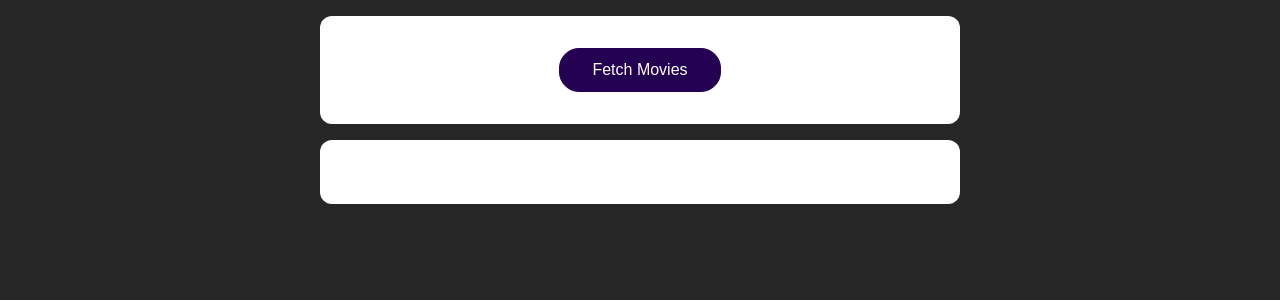
Repository: Dark-Developer93/Http-request
Page: /
The author's editor kept a copy of each file at every save. The page is drawn from the files as they stood at one save, then again after a run of saves.
The browser window is 1280 px wide. The pictures show the whole page.
The project was rebuilt for these pictures with package versions that can differ from the ones it lists, and the page was loaded fresh each time. Also part of the build but not shown: src/components/Movie.module.css, src/components/Movie.js.

Above is the page before, as saved 2023-01-24 19:02:55.

### src/App.js
import React, { useState } from "react";

import MoviesList from "./components/MoviesList";
import "./App.css";

function App() {
  const [movies, setMovies] = useState([]);
  const [isLoadig, setIsLoadig] = useState(false);
  const fetchMoviesHandler = async () => {
    setIsLoadig(true);
    const response = await fetch("https://swapi.dev/api/films/");
    const data = await response.json();
    const transformesMovies = data.results.map((movieData) => {
      return {
        id: movieData.episode_id,
        title: movieData.title,
        openingText: movieData.opening_crawl,
        releaseDate: movieData.release_date,
      };
    });
    setMovies(transformesMovies);
    setIsLoadig(false);
  };
  return (
    <React.Fragment>
      <section>
        <button onClick={fetchMoviesHandler}>Fetch Movies</button>
      </section>
      <section>
        {!isLoadig && <MoviesList movies={movies} />}
        {isLoadig && <p>Loadig...</p>}
      </section>
    </React.Fragment>
  );
}

export default App;

Loaded but not shown: public/index.html (common file); src/index.js (common file); src/index.css (common file); src/components/MoviesList.js (common file); src/App.css (common file); src/components/MoviesList.module.css (common file)

After the next 2 saves:
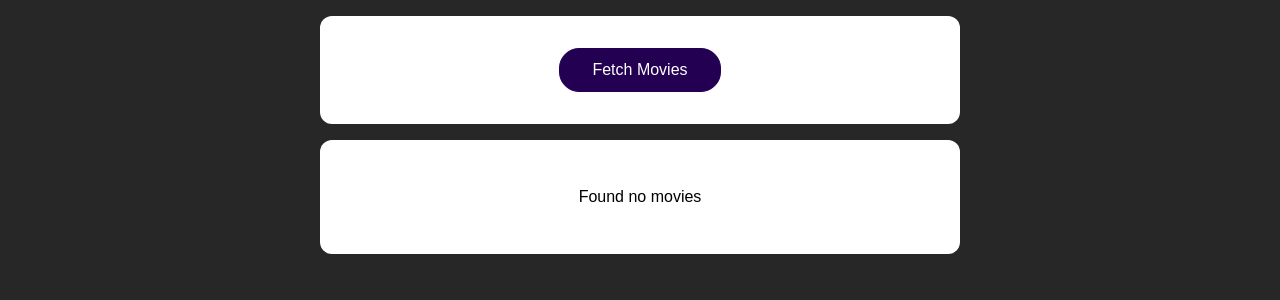
The 2 saves are shown as one change because 1 did not build or start.
The last was saved 2 min 22 s later.
--- a/src/App.js
+++ b/src/App.js
@@ -27,7 +27,8 @@ function App() {
         <button onClick={fetchMoviesHandler}>Fetch Movies</button>
       </section>
       <section>
-        {!isLoadig && <MoviesList movies={movies} />}
+        {!isLoadig && movies.length > 0 && <MoviesList movies={movies} />}
+        {!isLoadig && movies.length === 0 && <p>Found no movies</p>}
         {isLoadig && <p>Loadig...</p>}
       </section>
     </React.Fragment>
